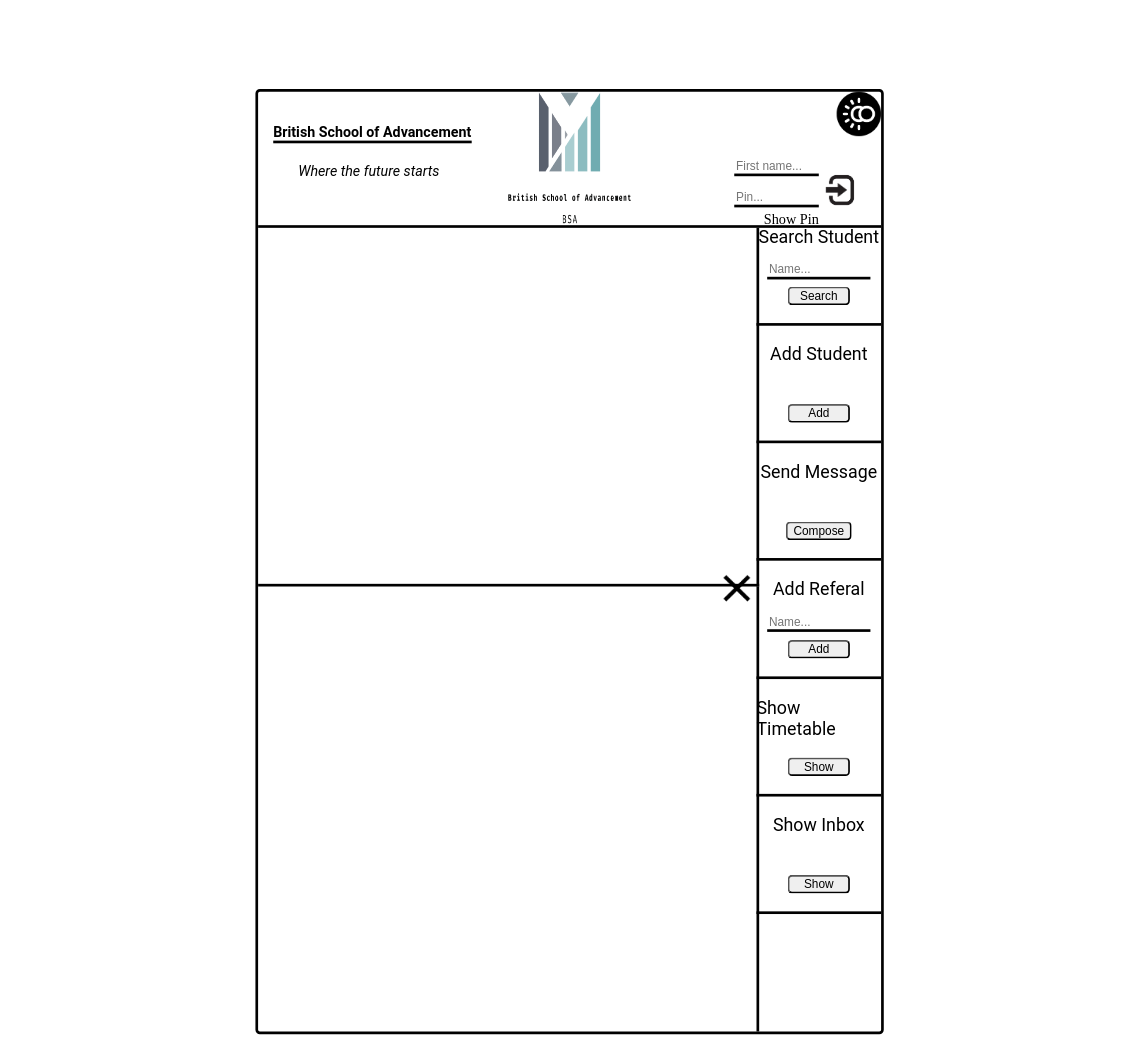
Repository: ghend99/Guardian-Application
Page: index.html
An editor plug-in stored every save of this project. The page is shown before and after the next save, followed by the edit.
The browser window is 1280 px wide. The pictures show the whole page, at 89% of full size.

Above is the page before, as saved 2023-06-06 16:40:10.

### index.html
<!DOCTYPE html>
<html lang="en">
  <head>
    <meta charset="UTF-8" />
    <meta http-equiv="X-UA-Compatible" content="IE=edge" />
    <meta name="viewport" content="width=device-width, initial-scale=1.0" />
    <title>Document</title>
    <link rel="stylesheet" href="style.css" />
  </head>
  <body>
    <div id="main-container">
      <div id="header-container">
        <div id="header-container-left-section">
          <p id="header-school-name" class="page-headers">
            British School of Advancement
          </p>
          <p id="header-school-slogan" class="page-headers">
            Where the future starts
          </p>
        </div>
        <div id="header-container-middle-section">
          <img class="header-middle-section-logo" src="./images/logo.png" />
        </div>
        <div id="header-container-right-section">
          <input
            id="header-login-input-fullname"
            class="login-input-fullname login-input input"
            type="text"
            placeholder="First name..."
          />
          <input
            id="header-login-input-pin"
            class="login-input-pin login-input input"
            placeholder="Pin..."
            type="password"
          />
          <p id="show-pin-header">Show Pin</p>
          <img
            id="header-login-button"
            class="login-button"
            src="./images/login-button.png"
          />
          <img class="header-dark-mode-toggle" src="./images/dark-mode.png" />
          <img class="login-modal-open" src="./images/login.png" />
        </div>
      </div>
      <div id="sidebar-container">
        <div id="sidebar-link-container1" class="sidebar-link-container">
          <p class="sidebar-link-header page-headers">Search Student</p>
          <input class="sidebar-input input" placeholder="Name..." />
          <button class="sidebar-search-button submit-button">Search</button>
        </div>
        <div id="sidebar-link-container2" class="sidebar-link-container">
          <p class="sidebar-link-header page-headers">Add Student</p>
          <button id="add-student" class="sidebar-search-button submit-button">
            Add
          </button>
        </div>
        <div id="sidebar-link-container3" class="sidebar-link-container">
          <p class="sidebar-link-header page-headers">Send Message</p>
          <button
            id="compose-message-open"
            class="sidebar-search-button submit-button"
          >
            Compose
          </button>
        </div>
        <div id="sidebar-link-container4" class="sidebar-link-container">
          <p class="sidebar-link-header page-headers">Add Referal</p>
          <input
            id="add-referal-fullname"
            class="sidebar-input input"
            placeholder="Name..."
          />
          <button id="add-referal" class="sidebar-search-button submit-button">
            Add
          </button>
        </div>
        <div id="sidebar-link-container5" class="sidebar-link-container">
          <p
            id="show-timetable-heading"
            class="sidebar-link-header page-headers"
          >
            Show Timetable
          </p>
          <button
            id="timetable-open"
            class="sidebar-search-button submit-button"
          >
            Show
          </button>
        </div>
        <div id="sidebar-link-container6" class="sidebar-link-container">
          <p class="sidebar-link-header page-headers">Show Inbox</p>
          <button id="inbox-open" class="sidebar-search-button submit-button">
            Show
          </button>
        </div>
        <div id="sidebar-link-container7" class="sidebar-link-container">
          <p class="sidebar-link-header page-headers">Update Timetable</p>
          <button
            id="update-timetable"
            class="sidebar-search-button submit-button"
          >
            Show
          </button>
        </div>
      </div>
      <img class="sidebar-open" src="./images/menu.png" />

      <div id="student-information-container">
        <h1
          id="student-information-name-header"
          class="student-information page-headers"
        >
          Student Name:
        </h1>
        <h3 class="student-information student-information-general-header">
          General Information
        </h3>
        <p id="student-information-first-name" class="student-information">
          First Name:
        </p>
        <p id="student-information-last-name" class="student-information">
          Last Name:
        </p>
        <p id="student-information-year" class="student-information">
          Year Group:
        </p>
        <p id="student-information-referals" class="student-information">
          Referals:
        </p>
        <p id="password-reset" class="student-information">Reset Password</p>
      </div>

      <div id="student-management-container">
        <p class="student-management-heading"></p>
        <img id="student-management-close" src="./images/close.png" />
        <div id="timetable-container"></div>
        <div id="inbox-container">
          <div id="inbox-header">
            <p>Date</p>
            <p>Sender</p>
            <p>Reciever</p>
            <p>Subject</p>
            <p>Message</p>
          </div>
          <div id="inbox-line">
            <p></p>
            <p></p>
            <p></p>
            <p></p>
            <p></p>
          </div>
        </div>
      </div>
    </div>

    <div id="login-modal-container">
      <h1 class="login-modal-header modal-header page-headers">Login</h1>
      <img
        id="login-modal-close"
        class="modal-close"
        src="./images/close.png"
      />
      <input
        id="login-modal-fullname"
        class="login-input-fullname login-modal-input input"
        type="text"
        placeholder="Full name..."
      />
      <input
        id="login-modal-pin"
        class="login-input-pin login-modal-input input"
        type="number"
        placeholder="Pin..."
      />
      <p id="login-modal-show-pin">Show Pin</p>
      <input id="login-modal-submit" class="submit-button" type="submit" />
    </div>

    <div id="create-account-container">
      <p id="create-account-header" class="modal-header page-headers">
        Add Student Details
      </p>
      <img
        id="create-account-close"
        class="modal-close"
        src="./images/close.png"
      />
      <input
        id="create-account-first-name"
        class="create-account-input input"
        placeholder="First name..."
      />
      <input
        id="create-account-last-name"
        class="create-account-input input"
        placeholder="Last name..."
      />
      <input
        id="create-account-year"
        class="create-account-input input"
        placeholder="Year..."
      />
      <input
        id="create-account-pin"
        class="create-account-input input"
        placeholder="Year..."
      />

      <input
        id="create-account-repin"
        class="create-account-input input"
        placeholder="Year..."
      />
      <input id="create-account-submit" class="submit-button" type="submit" />
    </div>

    <div id="compose-message-container" class="">
      <p id="compose-message-header" class="modal-header">Compose Message</p>
      <img
        id="compose-message-close"
        class="modal-close"
        src="./images/close.png"
      />
      <input
        id="compose-message-reciever"
        class="compose-message-input input"
        type="text"
        placeholder="Reciever..."
      />
      <input
        id="compose-message-title"
        class="compose-message-input input"
        type="text"
        placeholder="Subject..."
      />
      <textarea
        id="compose-message-text-area"
        placeholder="Message..."
      ></textarea>
      <input id="compose-message-submit" class="submit-button" type="submit" />
    </div>

    <div id="password-reset-container">
      <p id="password-reset-header" class="modal-header page-headers">
        Pin Reset
      </p>
      <img
        id="password-reset-close"
        class="modal-close"
        src="./images/close.png"
      />
      <input
        id="password-reset-old"
        class="password-reset-input input"
        type="number"
        placeholder="Old Pin..."
      />
      <input
        id="password-reset-new"
        class="password-reset-input input"
        type="number"
        placeholder="New Pin..."
      />
      <input
        id="password-reset-new-retype"
        class="password-reset-input input"
        type="number"
        placeholder="New Pin..."
      />
      <input id="password-reset-submit" class="submit-button" type="submit" />
    </div>
    <script src="functions.js"></script>
    <script src="elements.js"></script>
    <script src="buttons.js"></script>
    <script src="message.js"></script>
    <script src="timetable.js"></script>
  </body>
</html>

### style.css
button {
  cursor: pointer;
}

.input {
  background-color: transparent;
  text-decoration: none;
  border: none;
  border-bottom: solid;
  outline: none;
}

.page-headers {
  font-family: "Roboto", Arial;
}

.modal-header {
  font-size: 30px;
  font-weight: bold;
  margin-top: 10px;
}

.dark-mode {
  background-color: black;
  color: white;
  border: solid;
  border-radius: 5px;
}

.input-dark-mode {
  color: white;
  border-color: white;
}

.button-dark-mode {
  color: white;
  background-color: black;
}

#main-container {
  position: relative;
  left: 50%;
  transform: translate(-50%);
  max-width: 50%;
  min-width: 700px;
  max-height: 1200px;
  min-height: 1000px;
  margin-top: 100px;
  border: solid;
  border-radius: 5px;
}

#header-container {
  display: grid;
  grid-template-columns: 1fr 1fr 1fr;
  grid-template-rows: 1fr;
  max-height: 200px;
  min-height: 150px;
  width: 100%;
  border-bottom: solid;
}

#header-school-name {
  position: absolute;
  top: 20px;
  left: 17px;
  font-size: clamp(1rem, 1vw, 2rem);
  font-weight: bold;
  border-bottom: solid;
}

#header-school-slogan {
  position: absolute;
  top: clamp(5%, 70px, 80px);
  left: clamp(45px, 5%, 70px);
  font-size: clamp(0.9rem, 1.5vw, 1rem);
  margin-top: 10px;
  font-style: italic;
}

#header-container-middle-section {
  display: flex;
  justify-content: center;
}

.header-middle-section-logo {
  width: 60%;
}

#header-login-input-fullname {
  position: absolute;
  top: 75px;
  width: 13%;
  right: 10%;
}

#header-login-input-pin {
  position: absolute;
  top: 110px;
  width: 13%;
  right: 10%;
}

#show-pin-header {
  position: absolute;
  top: 135px;
  right: 10%;
  margin: 0;
}

#header-login-button {
  position: absolute;
  width: 50px;
  right: 3%;
  top: 85px;
}

.header-dark-mode-toggle {
  position: absolute;
  width: 50px;
  top: 0;
  right: 0;
  cursor: pointer;
}

.login-modal-open {
  display: none;
}

#sidebar-container {
  position: absolute;
  display: grid;
  grid-template-columns: 1fr;
  grid-template-rows: 1fr 1fr 1fr 1fr 1fr 1fr 1fr;
  right: 0;
  bottom: 0;
  max-width: 30%;
  min-width: 20%;
  max-height: 1000px;
  min-height: 925px;
}

#sidebar-link-container1 {
  justify-content: center;
}

/* #sidebar-link-container6 {
  border-bottom: none;
} */

#sidebar-link-container7 {
  display: none;
  border-bottom: none;
}

.sidebar-link-container {
  position: relative;
  display: flex;
  justify-content: center;
  border-bottom: solid;
}

.sidebar-link-header {
  position: absolute;
  font-size: 20px;
}

.sidebar-input {
  position: absolute;
  margin-top: 60px;
  width: 80%;
}

.sidebar-search-button {
  position: absolute;
  max-width: 75%;
  min-width: 70px;
  bottom: 20px;
  border-radius: 5px;
}

.sidebar-open {
  position: absolute;
  width: 50px;
  right: 0;
  top: 155px;
  display: none;
}

#student-information-container {
  max-height: 800px;
  min-height: 400px;
  max-width: 80%;
  min-width: 50%;
  border-bottom: solid;
  border-right: solid;
}

#student-information-name-header {
  font-size: 30px;
  font-weight: bold;
  border-bottom: solid;
  width: fit-content;
  margin-left: 30px;
  margin-top: 0;
}

.student-information {
  margin-left: 40px;
  display: none;
}

.student-information-general-header {
  font-size: 24px;
  font-weight: bold;
  padding-left: 40px;
}

#password-reset {
  border-bottom: solid;
  font-weight: bold;
  width: fit-content;
  cursor: pointer;
}

#student-management-container {
  max-width: 80%;
  min-width: 50%;
  max-height: 600px;
  min-height: 500px;
  border-right: solid;
}

.student-management-heading {
  display: inline-block;
  font-size: 30px;
  margin: 0;
  margin-left: 20px;
  width: fit-content;
}

#student-management-close {
  position: absolute;
  bottom: 45.7%;
  right: 21%;
  width: 30px;
  cursor: pointer;
}

#timetable-container {
  position: relative;
  display: grid;
  grid-gap: 1em;
  grid-template-rows: repeat(var(--grid-rows), 1fr);
  grid-template-columns: repeat(var(--grid-cols), 1fr);
  /* top: 50px; */
  overflow: scroll;
  max-height: 90%;
  min-height: 466px;
  /* max-width: 99.6%;
  min-width: 250px; */
  display: none;
}

:root {
  --grid-cols: 1;
  --grid-rows: 1;
}

.grid-item {
  padding: 1em;
  border: 1px solid #ddd;
  text-align: center;
}

#timetable-input {
  width: 100px;
}

#inbox-container {
  max-height: 90%;
  min-height: 466px;
  max-width: 99.6%;
  min-width: 250px;
  display: none;
}

#inbox-header {
  position: relative;
  display: grid;
  grid-template-columns: 1fr 1fr 1fr 1fr 1fr;
  grid-template-rows: 1fr;
  width: 100%;
  height: 50px;
  /* background-color: aqua; */
  overflow-y: auto;
  font-family: "Roboto", Arial;
}

#inbox-line {
  position: relative;
  display: grid;
  grid-template-columns: 1fr 1fr 1fr 1fr 1fr;
  grid-template-rows: 1fr;
  row-gap: 20px;
  width: 100%;
  height: 50px;
  /* background-color: darkorange; */
  overflow-y: auto;
  font-family: "EB Garamond", Arial;
}

#login-modal-container,
#create-account-container,
#compose-message-container,
#password-reset-container {
  position: absolute;
  left: 50%;
  top: 30%;
  transform: translate(-50%);
  text-align: center;
  border: solid;
  border-radius: 5px;
  display: none;
}

#login-modal-container {
  max-width: 40%;
  min-width: 300px;
  max-height: 400px;
  min-height: 300px;
  text-align: center;
  border: solid;
  border-radius: 5px;
  display: none;
  background-color: whitesmoke;
  cursor: pointer;
}

#login-modal-fullname {
  position: absolute;
  top: 120px;
  left: 50px;
}

#login-modal-pin {
  position: absolute;
  top: 170px;
  left: 50px;
}

#login-modal-show-pin {
  position: absolute;
  top: 200px;
  left: 50px;
  margin: 0;
  font-size: 14px;
  cursor: pointer;
}

#login-modal-submit {
  left: 15%;
}

#login-modal-submit,
#create-account-submit,
#compose-message-submit,
#password-reset-submit {
  position: absolute;
  bottom: 20px;
  max-height: 60px;
  min-height: 30px;
  max-width: 20%;
  min-width: 200px;
}

#create-account-container {
  max-width: 60%;
  min-width: 400px;
  max-height: 600px;
  min-height: 500px;
}

.create-account-input,
.compose-message-input,
.password-reset-input {
  position: absolute;
  left: 30px;
}

#create-account-first-name {
  top: 80px;
}

#create-account-last-name {
  top: 150px;
}

#create-account-year {
  top: 220px;
}

#create-account-pin {
  top: 290px;
}

#create-account-submit {
  left: 25%;
}

#create-account-repin {
  position: absolute;
  top: 360px;
  left: 30px;
}

#compose-message-container {
  max-width: 60%;
  min-width: 400px;
  max-height: 600px;
  min-height: 500px;
}

.modal-close {
  position: absolute;
  width: 30px;
  right: 0;
  top: 0;
  cursor: pointer;
}

#compose-message-reciever {
  top: 80px;
}

#compose-message-title {
  top: 130px;
}

#compose-message-text-area {
  position: absolute;
  top: 35%;
  left: 30px;
  max-height: 80%;
  min-height: 230px;
  max-width: 100%;
  min-width: 280px;
}

#compose-message-submit {
  left: 25%;
}

#password-reset-container {
  max-width: 40%;
  min-width: 300px;
  max-height: 400px;
  min-height: 300px;
}

#password-reset-new {
  top: 120px;
}

#password-reset-new-retype {
  top: 165px;
}

#password-reset-submit {
  left: 17%;
}

@media screen and (min-width: 0) and (max-width: 1600px) {
  #show-timetable-heading {
    font-size: 20px;
  }
}

@media screen and (min-width: 0) and (max-width: 720px) {
  #main-container {
    max-width: 600px;
    min-width: 300px;
  }

  #header-container {
    grid-template-columns: 1fr 1fr;
  }

  .header-middle-section-logo,
  #header-login-input-fullname,
  #header-login-input-pin,
  #show-pin-header,
  #header-login-button {
    display: none;
  }

  .login-modal-open {
    position: absolute;
    display: block;
    right: 0;
    top: 100px;
    width: 50px;
  }

  #sidebar-container {
    display: none;
  }

  .sidebar-link-header {
    font-size: 12px;
  }

  .sidebar-open {
    display: block;
  }

  .student-information-name-header {
    margin-left: 15px;
  }

  .student-information-general-header {
    margin-left: 25px;
    padding: 0;
  }

  .student-information {
    margin-left: 28px;
  }
}

### buttons.js
btnDarkModeToggle.addEventListener("click", function (e) {
  e.preventDefault();
  if (darkMode === false) {
    darkModeToggle();
  } else {
    lightModeToggle();
  }
});

btnAddStudentOpen.addEventListener("click", function (e) {
  e.preventDefault();
  addStudentContainer.style.display = "block";
  mainContainer.style.filter = "blur(3px)";
});

btnAddStudentClose.addEventListener("click", function (e) {
  e.preventDefault();
  addStudentContainer.style.display = "none";
  mainContainer.style.filter = "blur(0px)";
});

btndAddStudentSubmit.addEventListener("click", function (e) {
  e.preventDefault();
  createStudent();
  addStudentFirstNameInput.value = "";
  addStudentLastNameInput.value = "";
  addStudentYearInput.value = "";
  addStudentPinInput.value = "";
  addStudentRePinInput.value = "";
});

btnLoginHeader.addEventListener("click", function (e) {
  e.preventDefault();
  login();
  studentInformation.forEach((e) => {
    e.style.display = "block";
    inboxContainer.style.display = "none";
    inboxLine.innerHTML = "";
  });
  UpdateTimetableLinkContainer.style.display = "none";
});

btnLoginModalOpen.addEventListener("click", function (e) {
  e.preventDefault();
  loginContainer.style.display = "block";
  mainContainer.style.filter = "blur(3px)";
});

btnLoginModalClose.addEventListener("click", function (e) {
  e.preventDefault();
  loginContainer.style.display = "none";
  mainContainer.style.filter = "blur(0px)";
});

btnLoginModalSubmit.addEventListener("click", function (e) {
  e.preventDefault();
  loginModal();
  studentInformation.forEach((e) => {
    e.style.display = "block";
  });
  loginContainer.style.display = "none";
});

btnComposeMessageOpen.addEventListener("click", function (e) {
  e.preventDefault();
  if (currentAccount === undefined) {
    alert("You need to login first");
  } else {
    composeMessageContainer.style.display = "block";
    mainContainer.style.filter = "blur(3px)";
  }
});

btnComposeMessageClose.addEventListener("click", function (e) {
  composeMessageContainer.style.display = "none";
  mainContainer.style.filter = "blur(0px)";
});

btnComposeMessageSubmit.addEventListener("click", function (e) {
  e.preventDefault();
  sendMessage();
});

btnInboxOpen.addEventListener("click", function (e) {
  e.preventDefault();
  timetableContainer.style.display = "none";
  inboxContainer.style.display = "block";
});

btnTimetableOpen.addEventListener("click", function (e) {
  e.preventDefault();
  inboxContainer.style.display = "none";
  timetableContainer.style.display = "grid";
  UpdateTimetableLinkContainer.style.display = "flex";
  studentManagementHeading.textContent = "Timetable";
});

btnStudentManagementClose.addEventListener("click", function (e) {
  timetableContainer.style.display = "none";
  inboxContainer.style.display = "none";
});

btnUpdateTimetableLink.addEventListener("click", function (e) {
  updateTimetableLink();
});

### message.js
const sendMessage = function () {
  const message = composeMessageText.value;
  const subject = composeMessageSubject.value;
  const reciever = composeMessageReciever.value;
  const target = students.find((stu) => stu.fullName === `${reciever}`);
  const date = new Date(Date.now()).toLocaleString();
  console.log(date);
  console.log(message, subject, reciever, target);
  if (target === undefined) {
    alert("Not a valid message reciercer");
  } else {
    target.inbox.push(message);
    target.from.push(currentAccount.fullName);
    target.subject.push(subject);
    target.date.push(date);
    // currentAccount.sent.push(message);
    // currentAccount.date.push(date);
    composeMessageReciever.value = "";
    composeMessageText.value = "";
    composeMessageSubject.value = "";
    localStorage.setItem("students", JSON.stringify(students));
    alert("Message Sent");
    // updateInbox(target, currentAccount, message, subject);
  }
};

// const updateInbox = function (target, currentAccount, message, subject) {
//   const html = ` <div id="inbox-line">
//   <p>${new Date(Date.now()).toLocaleString()}</p>
//   <p>${currentAccount.fullName}</p>
//   <p>${target.fullName}</p>
//   <p>${subject}</p>
//   <p>${message}</p>
// </div>
//   `;
//   inboxLine.insertAdjacentHTML("beforebegin", html);
// };

const updateInboxLoad = function (target) {
  getStudentsLocalStorage();
  for (let i = 0; i < currentAccount.inbox.length; i++) {
    const html = `<div id="inbox-line">
  <p>${currentAccount.date[i]}</p>
  <p>${currentAccount.from[i]}</p>
  <p>${currentAccount.fullName}</p>
  <p>${currentAccount.subject[i]}</p>
  <p>${currentAccount.inbox[i]}</p>
</div>
  `;
    inboxLine.insertAdjacentHTML("beforebegin", html);
  }
};
// updateInboxLoad();

Loaded but not shown: timetable.js (295 lines, source omitted); functions.js (221 lines, source omitted); elements.js (95 lines, source omitted)

After the next save:
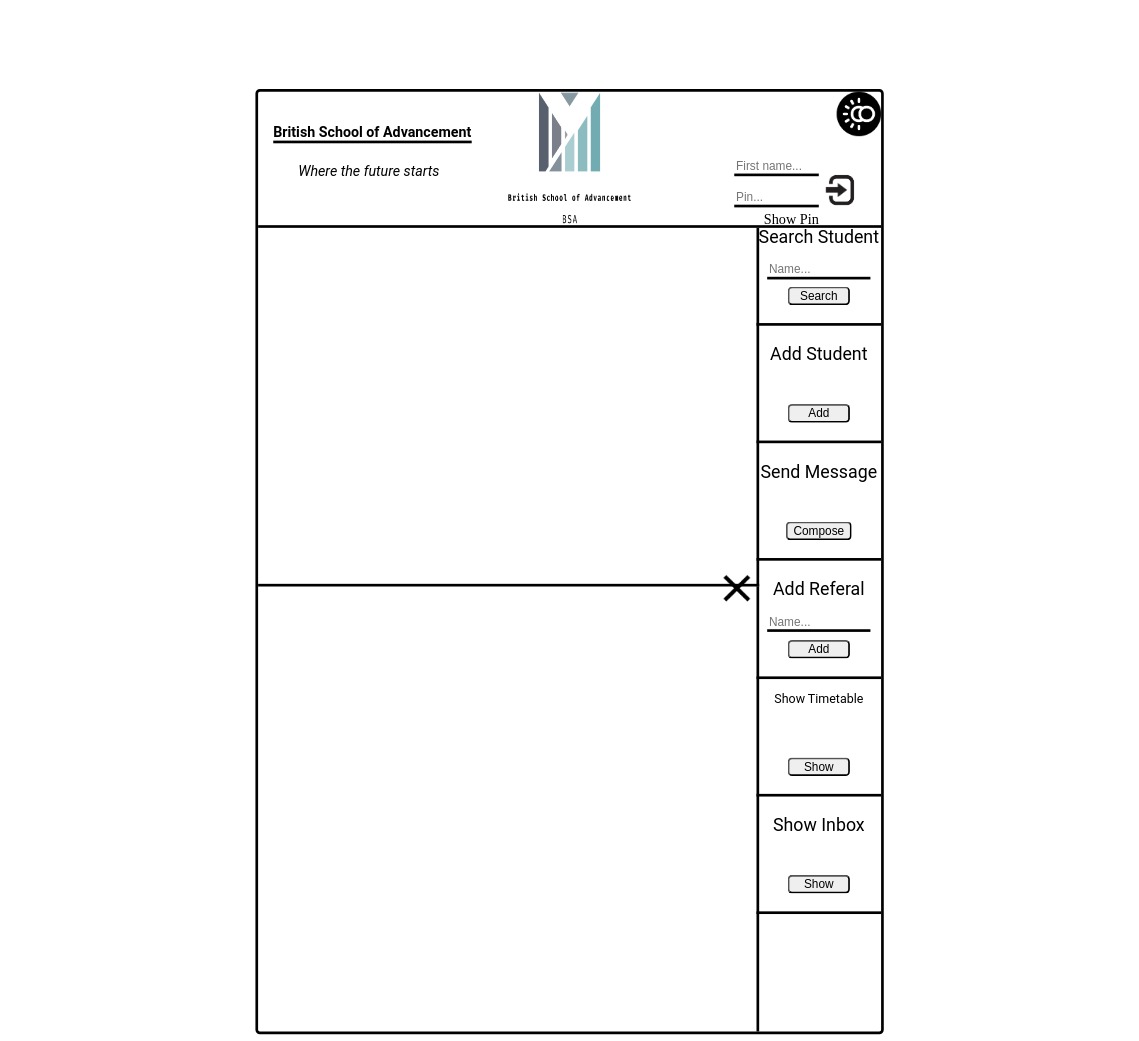
Saved 11 s later.
--- a/style.css
+++ b/style.css
@@ -472,7 +472,7 @@ button {
 
 @media screen and (min-width: 0) and (max-width: 1600px) {
   #show-timetable-heading {
-    font-size: 20px;
+    font-size: 14px;
   }
 }
 
